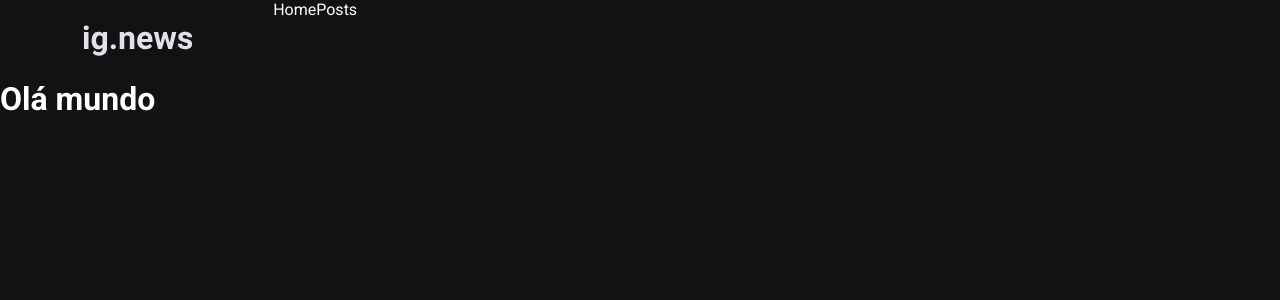
Repository: soualexandre/ignews
Page: /
The author's editor kept a copy of each file at every save. The page is drawn from the files as they stood at one save, then again after the next save.
The browser window is 1280 px wide. The pictures show the whole page.
The project was rebuilt for these pictures with package versions that can differ from the ones it lists, and the page was loaded fresh each time. The framework's server and built-in components were replaced by stand-ins that run in the browser.

Above is the page before, as saved 2021-07-21 08:56:18.

### src/pages/_app.tsx
import { AppProps } from 'next/app'
import { Header } from '../components/Header';
import '../styles/global.scss';
function MyApp({ Component, pageProps }: AppProps) {
  return(
  <>
    <Header />
    <Component {...pageProps} />
  </>
  );
}

export default MyApp

### src/pages/_document.tsx
import Document, { Html, Head, Main, NextScript } from 'next/document'
export default class MyDocument extends Document {
    render() {
        return (
            <Html>
                <Head>
                    <link rel="preconnect" href="https://fonts.googleapis.com" />
                    <link href="https://fonts.googleapis.com/css2?family=Roboto:wght@400;700;900&display=swap" rel="stylesheet" />
                </Head>
                <body>
                    <Main />
                    <NextScript />
                </body>
            </Html>

        )
    }
}

### src/pages/index.tsx
import Head from 'next/head';

export default function Home() {
  return (
    <>
      <Head>
      <title>ig.news</title>
      </Head>
      <h1> Olá mundo</h1>
    </>
  )
}

### src/components/Header/index.tsx
import styles from './styles.module.scss'
export function Header() {
    return (
        <header className={styles.headerContainer}>
            <div className={styles.headerContent}>
                <img src="/images/logo.svg" alt="ig.news" />
                <nav>
                    <a href="#">Home</a>
                    <a href="#">Posts</a>
                </nav>
            </div>
        </header>
    )
}

### src/styles/global.scss
*{
    margin: 0;
    padding: 0;
    box-sizing: border-box;
}

:root{
    --white: #ffffff;
    --gray-100: #e1e1e6;
    --gray-300: #a8a8b3;
    --gray-800: #29292e;
    --gray-900: #121214;
    --cyan-500: #61dafb;
    --yellow-500: #eba417;
}

@media(max-width: 1080px){
    html{
        font-size: 93.75%;
    }
}
@media(max-width: 720PX){
    html{
        font-size: 87.5%;
    }
}

body{
    background: var(--gray-900);
    color: var(--white);
}
body, input, textarea, select, button{
    font: 400 1rem "Roboto", sans-serif;
}
button{
    cursor: pointer
}
a{
    color: inherit;
    text-decoration: none;
}

### src/components/Header/styles.module.scss
.headerContainer{
    height: 5rem;
    border-radius: 1px solid var(--gray-800);
}
.headerContent{
    max-width: 1120px;
    height: 5rem;
    margin: 0 auto;
    padding: 0.2rem;
    display: flex;
    align-items: center;

    nav{
        margin-left: 5rem;
        height: 5rem;
    }
}

After the next save:
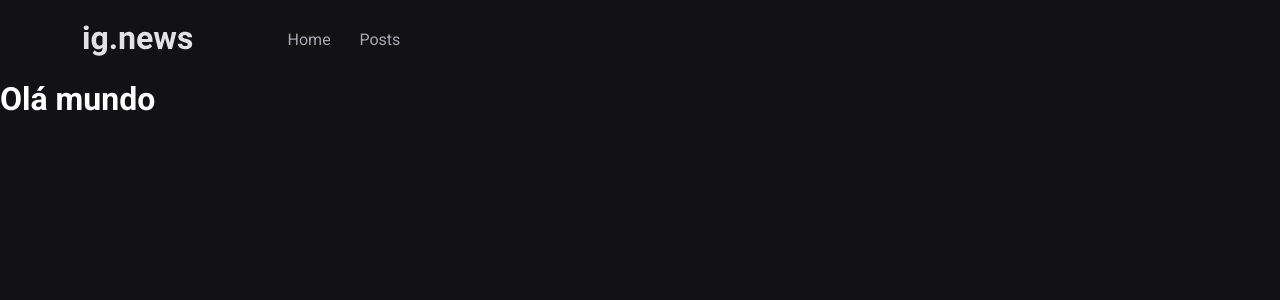
Saved 2 min 47 s later.
--- a/src/components/Header/styles.module.scss
+++ b/src/components/Header/styles.module.scss
@@ -13,5 +13,18 @@
     nav{
         margin-left: 5rem;
         height: 5rem;
+        a{
+            display: inline-block;
+            position: relative;
+            padding: 0 0.9rem;
+            height: 5rem;
+            line-height: 5rem;
+            color: var(--gray-300);
+
+            transition: color 0.2s;
+        }
+        &:hover{
+            color: var(--white);
+        }
     }
 }
